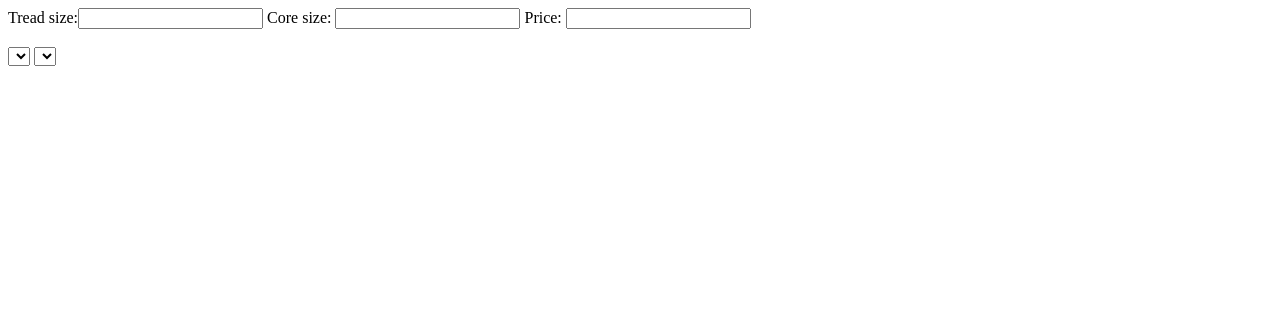
Repository: RezaEftekharzadeh/frey
Page: http://localhost/SilencerStoreProject/admin/silencer_form.jsp
The author's editor kept a copy of each file at every save. The page is drawn from the files as they stood at one save, then again after the next save.
The browser window is 1280 px wide. The pictures show the whole page.
The page is served by Tomcat 9. Nobody is signed in. The application's start-up code is not run. Other server files are loaded and not shown.

Above is the page before, as saved 2020-08-05 07:41:43.

### SilencerStoreProject/WebContent/admin/silencer_form.jsp
<%@ page language="java" contentType="text/html; charset=ISO-8859-1"
    pageEncoding="ISO-8859-1"%>
<!DOCTYPE html>
<html>
<head>
<meta charset="ISO-8859-1">
<title>Insert title here</title>
</head>
<body>

<form action="">

Tread size:<input type="text" >
Core size: <input type="text">
Price: <input type="text">

<br/><br/>

<select>
<option value>

</select>

<select>
<option value>

</select>



</form>

</body>
</html>

### SilencerStoreProject/WebContent/admin/header.jsp
<div align="center">

	<div >
		 <img src="../images/admin-page.jpg">
	</div>

	<div >
	  Welcome, Admin | <a href="logout">Logout</a>
	</div>
	<br><br>

	<div>
		<a href="list_users">Users</a> |
		<a href="suppressor">Suppressor</a> |
		<a href="customers">Customers</a> |
		<a href="reviews">Reviews</a> |
		<a href="orders">Orders</a>
	</div>
</div>

After the next save:
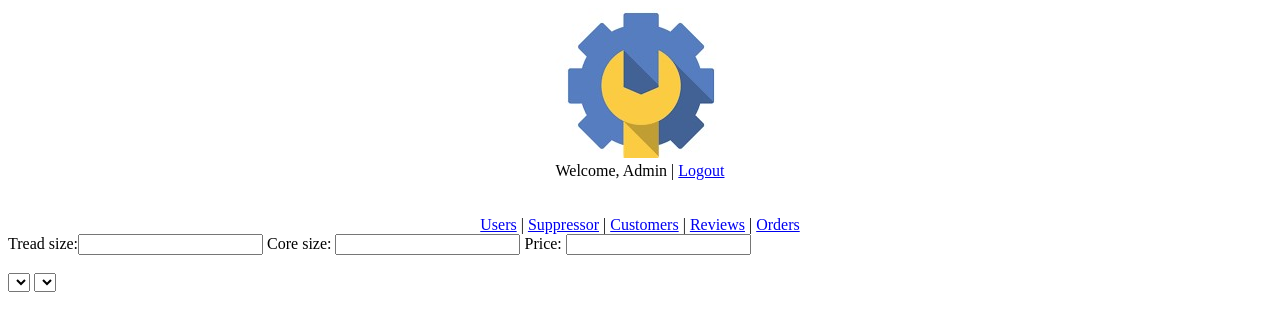
Saved 2 min 2 s later.
--- a/SilencerStoreProject/WebContent/admin/silencer_form.jsp
+++ b/SilencerStoreProject/WebContent/admin/silencer_form.jsp
@@ -7,28 +7,28 @@
 <title>Insert title here</title>
 </head>
 <body>
+<jsp:include page="header.jsp" />
+	<form action="">
 
-<form action="">
+		Tread size:<input type="text" >
+		Core size: <input type="text">
+		Price: <input type="text">
 
-Tread size:<input type="text" >
-Core size: <input type="text">
-Price: <input type="text">
+		<br/><br/>
 
-<br/><br/>
+		<select>
+			<option value>
 
-<select>
-<option value>
+		</select>
 
-</select>
+		<select>
+			<option value>
 
-<select>
-<option value>
-
-</select>
+		</select>
 
 
 
-</form>
+	</form>
 
 </body>
 </html>
